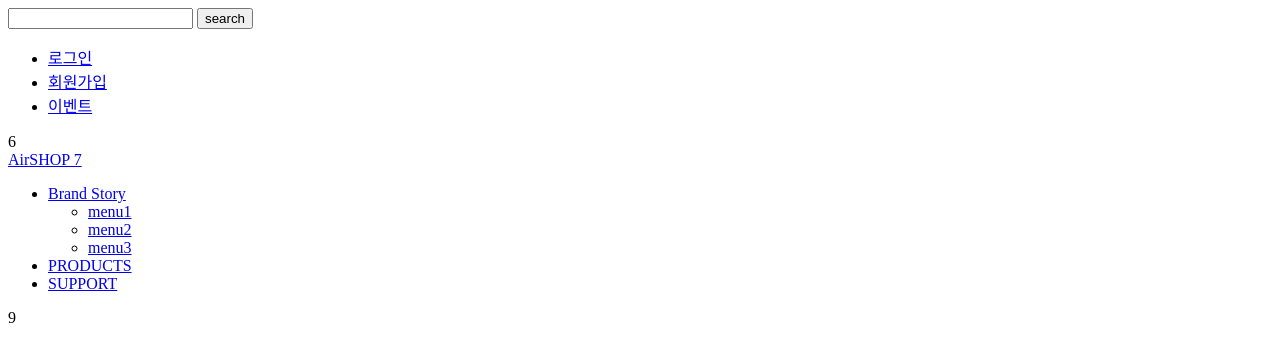
Repository: seungsu12/carrot
Page: http://localhost/carrot/header.jsp
The author's editor kept a copy of each file at every save. The page is drawn from the files as they stood at one save, then again after the next save.
The browser window is 1280 px wide. The pictures show the whole page.
Some web fonts or font styles are not loaded; a fallback is used. The page is served by Tomcat 9. Other server files are loaded and not shown.

Above is the page before, as saved 2021-07-21 03:56:45.

### carrot/WebContent/header.jsp
<%@ page language="java" contentType="text/html; charset=UTF-8"
    pageEncoding="UTF-8"%>

<link rel="preconnect" href="https://fonts.gstatic.com">
<link href="https://fonts.googleapis.com/css2?family=Odibee+Sans&display=swap" rel="stylesheet">
<header>
<div id="header_wrap">

	<div class="header_item"></div>
	<div class="header_item"></div>
	<div class="header_item">

		<div id ="input_wrapper">
			<input id="header_input"type="text" name="search">
			<button id="header_submit" style="">search</button>
		</div>
	</div>


	<div class="header_item">
		<div>
			<ul>
				<li> <a href="login.jsp" id="header_title_login">로그인</a>
				<li> <a href="signup.jsp">회원가입</a>
				<li> <a href="#">이벤트</a>
			</ul>
		</div>
	</div>

	<div class="header_item"></div>
	<div class="header_item">6</div>
	<div class="header_item">
		<a href="main.jsp">AirSHOP 7</a>
	</div>

	<div class="header_item">

		<ul>
			<li class="header_navybar"><a href="#">Brand Story</a>
				<ul class="sub_menu">
					<li><div><a href="#">menu1</a></div></li>
					<li><div><a href="#">menu2</a></div></li>
					<li><div><a href="#">menu3</a></div></li>
				</ul>

			</li>

			<li class="header_navybar"><a href="#">PRODUCTS</a></li>
			<li class="header_navybar"><a href="#">SUPPORT</a></li>
		</ul>
	</div>
	<div class="header_item">9</div>
</div>
</header>

After the next save:
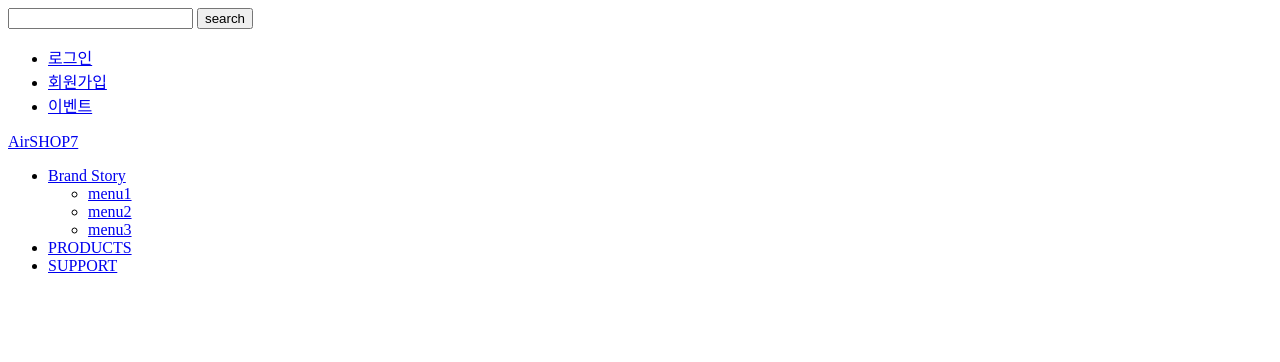
Saved 103 s later.
--- a/carrot/WebContent/header.jsp
+++ b/carrot/WebContent/header.jsp
@@ -28,9 +28,9 @@
 	</div>
 
 	<div class="header_item"></div>
-	<div class="header_item">6</div>
+
 	<div class="header_item">
-		<a href="main.jsp">AirSHOP 7</a>
+		<a href="main.jsp">AirSHOP7</a>
 	</div>
 
 	<div class="header_item">
@@ -49,6 +49,6 @@
 			<li class="header_navybar"><a href="#">SUPPORT</a></li>
 		</ul>
 	</div>
-	<div class="header_item">9</div>
+
 </div>
 </header>
